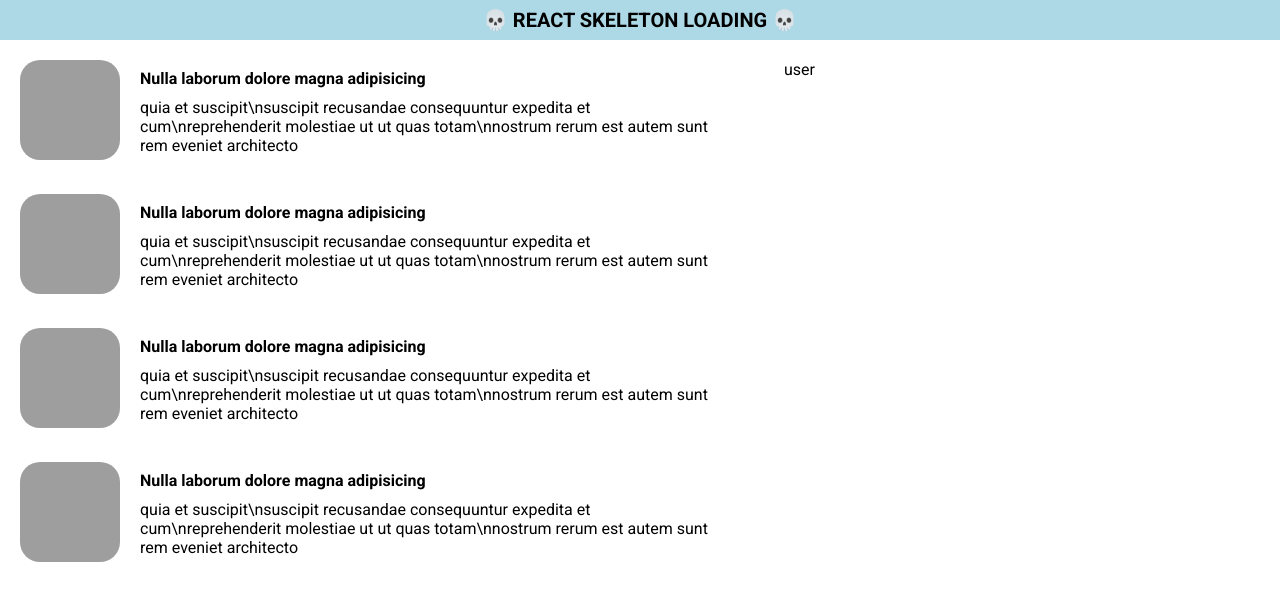
Repository: ethanJones21/React-Skeleton-Loading
Page: /
The author's editor kept a copy of each file at every save. The page is drawn from the files as they stood at one save, then again after the next save.
The browser window is 1280 px wide. The pictures show the whole page.
Pictures or frames that could not be fetched are drawn as grey boxes. The project was rebuilt for these pictures with package versions that can differ from the ones it lists, and the page was loaded fresh each time.

Above is the page before, as saved 2020-11-26 02:20:07.

### public/index.html
<!DOCTYPE html>
<html lang="en">
  <head>
    <meta charset="utf-8" />
    <link rel="icon" href="%PUBLIC_URL%/favicon.ico" />
    <meta name="viewport" content="width=device-width, initial-scale=1" />
    <meta name="theme-color" content="#000000" />
    <meta name="description" content="React skeleton loading" />
    <link rel="preconnect" href="https://fonts.gstatic.com" />
    <link
      href="https://fonts.googleapis.com/css2?family=Roboto:wght@100;300;400;500;700;900&display=swap"
      rel="stylesheet"
    />
    <title>React Skeleton</title>
  </head>
  <body>
    <noscript>You need to enable JavaScript to run this app.</noscript>
    <div id="root"></div>
  </body>
</html>

### src/App.js
import './App.css';
import Header from './components/Header';
import Posts from './components/Posts';
import User from './components/User';

function App() {
  return (
    <div className="app">
      <Header/>

      <div className="appContainer">
        <Posts/>
        <User/>
      </div>
    </div>
  );
}

export default App;

### src/App.css
*{
    margin: 0;
    font-family: 'Roboto', sans-serif;
}
.appContainer{
    display: flex;
    padding: 20px;
}

### src/components/Header.js
import React from 'react';
import "./Header.css"

const Header = () => {
    return (
        <div className="header">
            <span>💀 REACT SKELETON LOADING 💀 </span>
        </div>
    );
};

export default Header;

### src/components/Posts.js
import React from 'react';
import Post from './Post';
import "./Posts.css"

const Posts = () => {
    return (
        <div className="posts">
            <Post/>
            <Post/>
            <Post/>
            <Post/>
        </div>
    );
};

export default Posts;

### src/components/User.js
import React from 'react';
import "./User.css"

const User = () => {
    return (
        <div className="user">
            user
        </div>
    );
};

export default User;

### src/components/Header.css
.header{
    display: flex;
    align-items: center;
    justify-content: center;
    height: 40px;
    width: 100%;
    background-color: lightblue;
    font-weight: 600;
    font-size: 20px;
}

### src/components/Post.js
import React from "react";
import "./Post.css";

const Post = () => {
  return (
    <div className="post">
      <div className="postPhoto">
        <img
          className="postPhotoImg"
          src="https://m.media-amazon.com/images/M/MV5BMjM2OTkyNTY3N15BMl5BanBnXkFtZTgwNzgzNDc2NjE@._V1_CR132,0,761,428_AL_UY268_CR82,0,477,268_AL_.jpg"
          alt="avatar"
        />
      </div>
      <div className="postInfo">
        <h4 className="postTitle">Nulla laborum dolore magna adipisicing</h4>
        <p className="postDesc">
          quia et suscipit\nsuscipit recusandae consequuntur expedita et
          cum\nreprehenderit molestiae ut ut quas totam\nnostrum rerum est autem
          sunt rem eveniet architecto
        </p>
      </div>
    </div>
  );
};

export default Post;

### src/components/Posts.css
.posts{
    flex: 0.6;
    padding-right: 50px;
}

### src/components/User.css
.user {
  flex: 0.4;
}

### src/components/Post.css
.post {
  margin-bottom: 30px;
  display: flex;
  align-items: center;
}

.postPhotoImg {
  width: 100px;
  height: 100px;
  border-radius: 20px;
  object-fit: cover;
  margin-right: 20px;
}

.postTitle {
  margin-bottom: 10px;
}

.postDesc {
}

Loaded but not shown: src/index.js (common file)

After the next save:
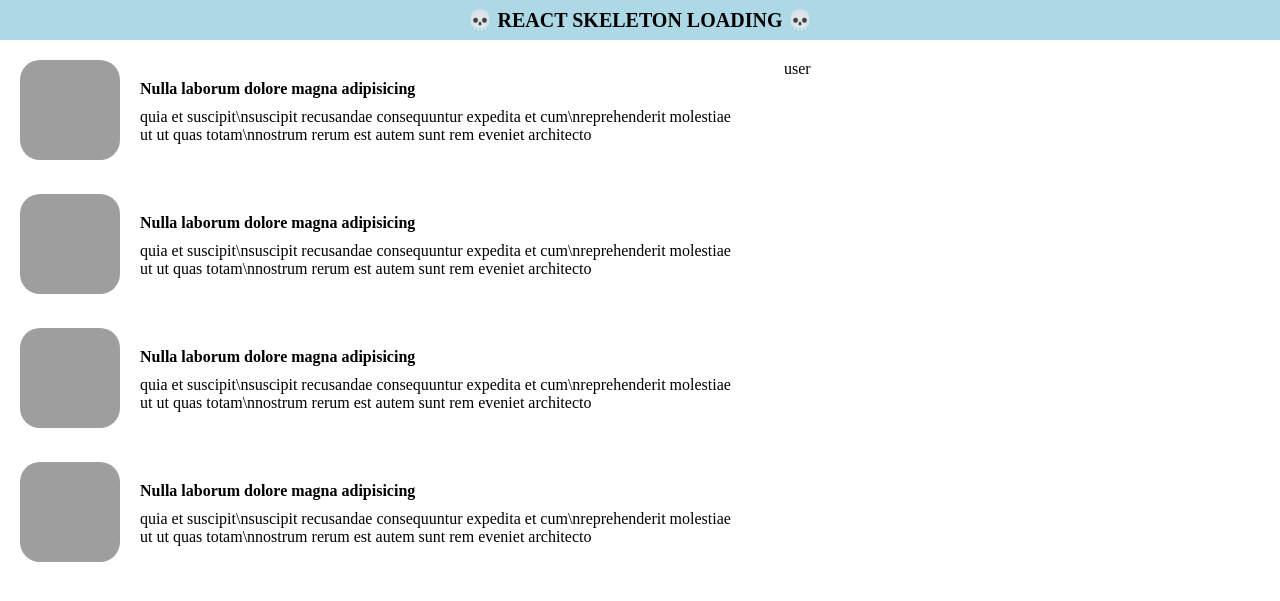
Saved 17 s later.
--- a/src/App.css
+++ b/src/App.css
@@ -1,6 +1,6 @@
 *{
     margin: 0;
-    font-family: 'Roboto', sans-serif;
+    /* font-family: 'Roboto', sans-serif; */
 }
 .appContainer{
     display: flex;

After the save that followed:
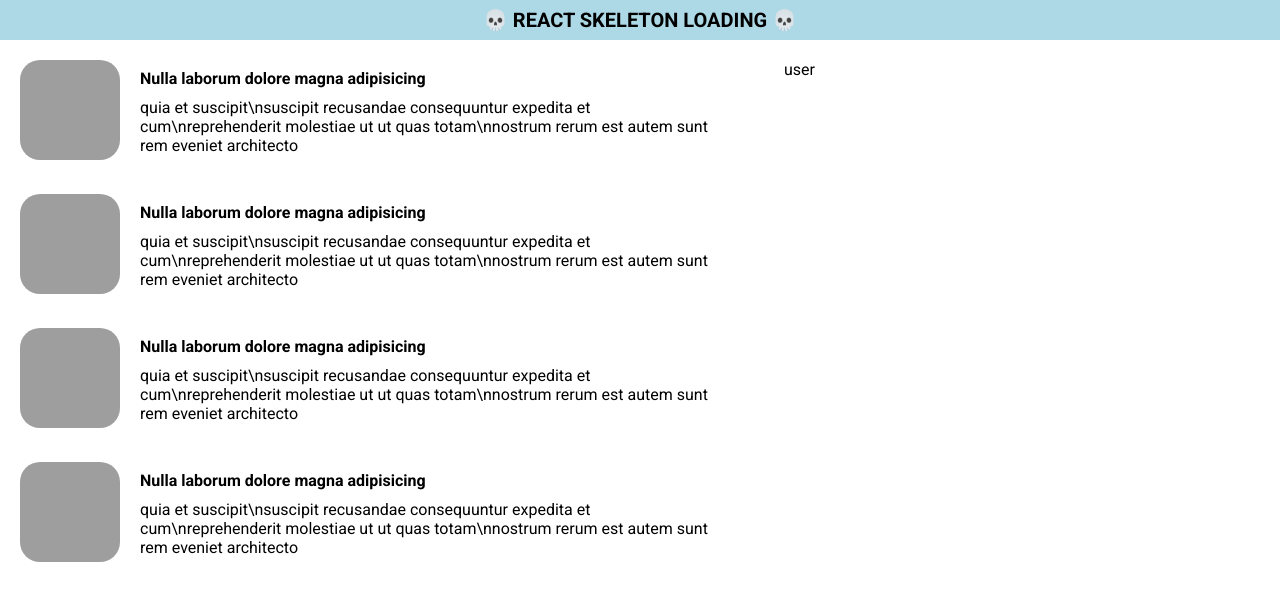
Saved 4 s later.
--- a/src/App.css
+++ b/src/App.css
@@ -1,6 +1,6 @@
 *{
     margin: 0;
-    /* font-family: 'Roboto', sans-serif; */
+    font-family: 'Roboto', sans-serif;
 }
 .appContainer{
     display: flex;
